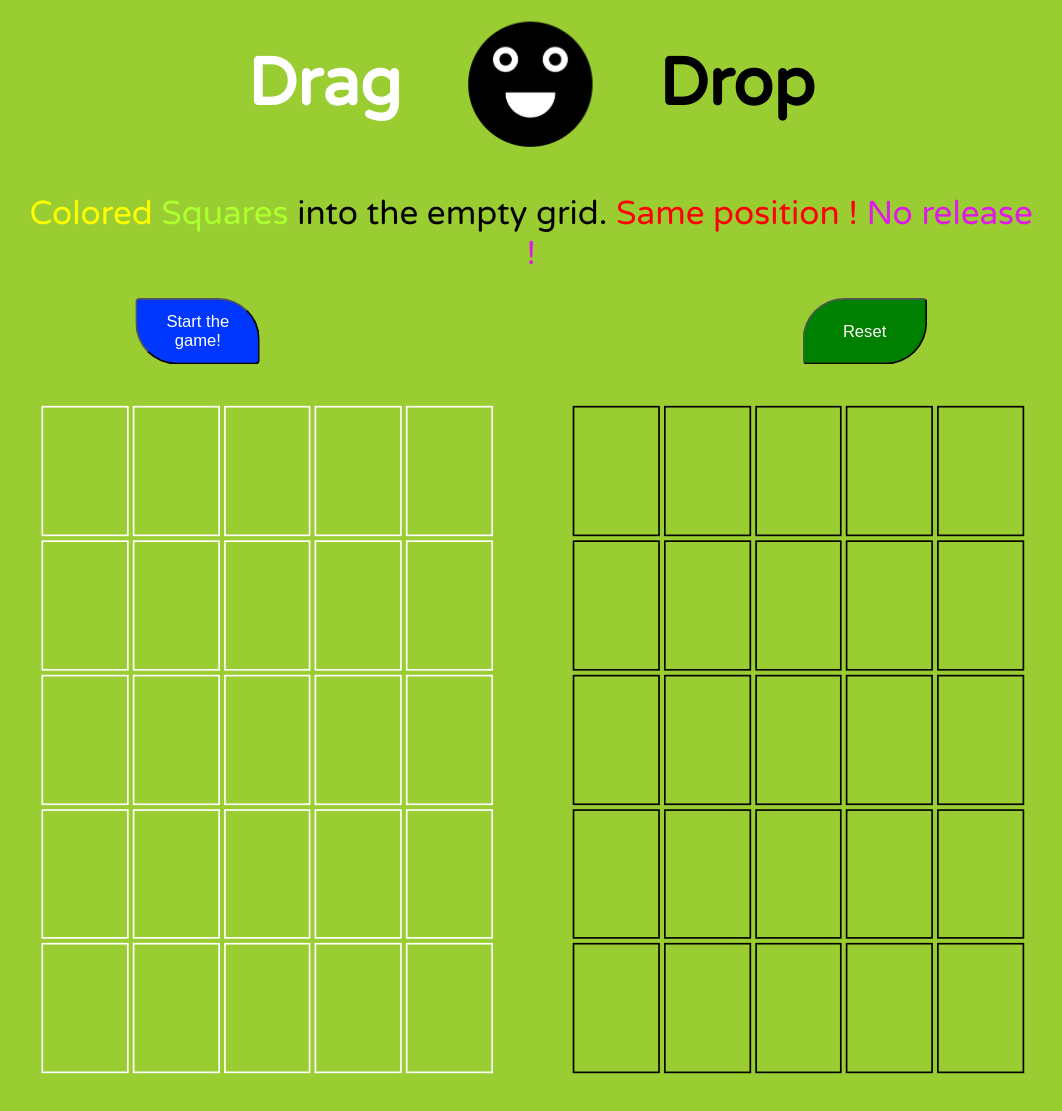
Repository: Siehan/Quiky-drag-and-drop
Page: index.html
These files come from the project's save history. The page is drawn as it stood at one moment and after the next save; the edit follows.
The browser window is 1280 px wide. The pictures show the whole page, at 83% of full size.

Above is the page before, as saved 2020-01-24 17:29:03.

After the next save:
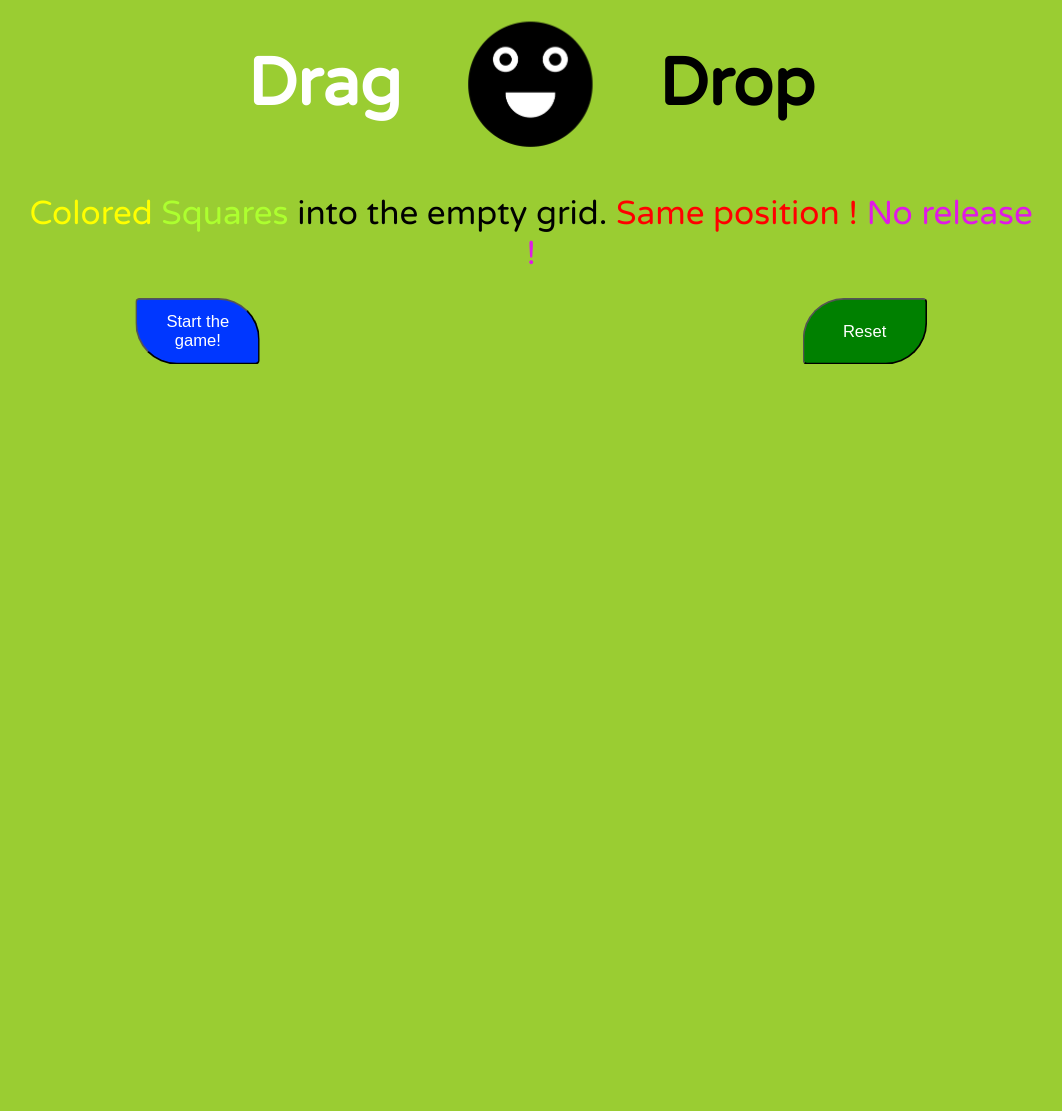
Console error: SyntaxError: Unexpected token ','
Saved 98 s later.
--- a/grid.js
+++ b/grid.js
@@ -72,7 +72,7 @@
 }
 
 function timer() {
-    hourglass("time", 5, 0, "", "", function () {
+    hourglass("time", 5, -, "", "", function () {
         alert("GAME OVER ! not fast enough");
     });
 };

After the 2 saves that followed:
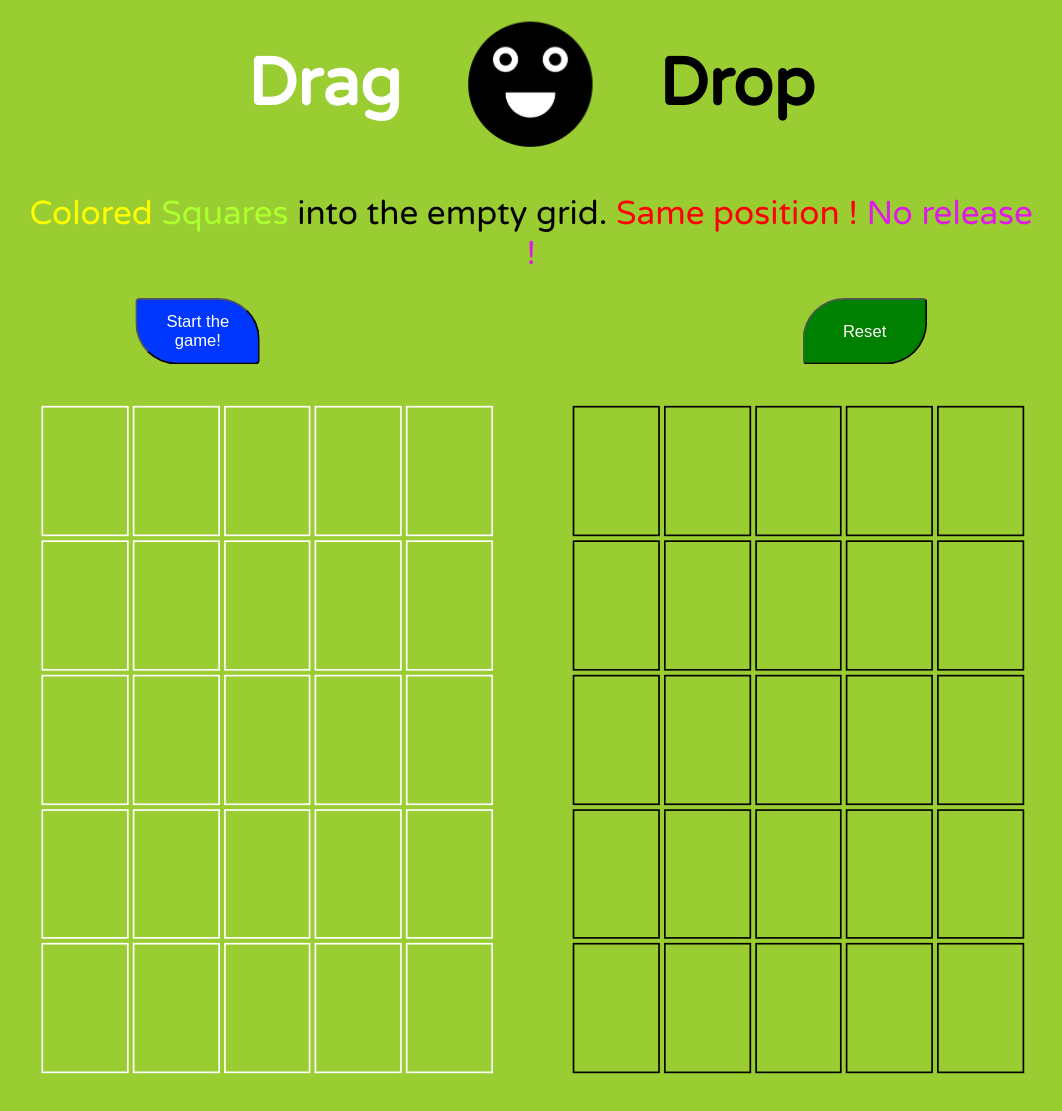
The error is gone.
The 2 saves are shown as one change because 1 left the picture as it was.
The last was saved 11 s later.
--- a/grid.js
+++ b/grid.js
@@ -72,7 +72,7 @@
 }
 
 function timer() {
-    hourglass("time", 5, -, "", "", function () {
+    hourglass("time", 5, -1, "", "", function () {
         alert("GAME OVER ! not fast enough");
     });
 };
